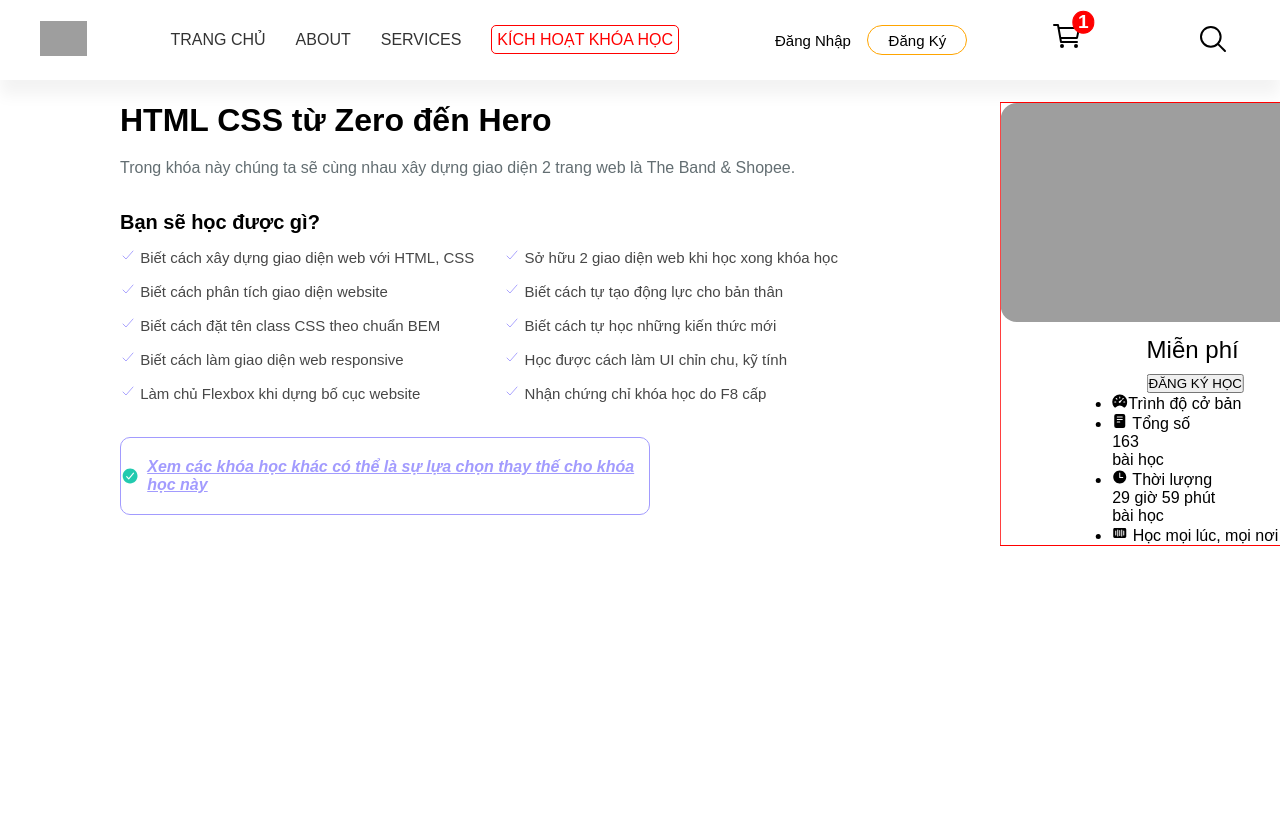
Repository: hoanghuuphuc/hoanghuuphuc
Page: details.html
These files come from the project's save history. The page is drawn as it stood at one moment and after the next save; the edit follows.
The browser window is 1280 px wide. The pictures show the whole page.
Pictures or frames that could not be fetched are drawn as grey boxes.

Above is the page before, as saved 2022-12-11 22:21:01.
Console error: TypeError: Cannot read properties of null (reading 'addEventListener')

### details.html
<!DOCTYPE html>
<html lang="en">
  <head>
    <meta charset="UTF-8" />
    <meta http-equiv="X-UA-Compatible" content="IE=edge" />
    <meta name="viewport" content="width=device-width, initial-scale=1.0" />
    <title>Product-Details</title>
    <link rel="stylesheet" href="./style.css" />
    <link rel="stylesheet" href="./rps_mobile.css" />
    <link rel="preconnect" href="https://fonts.gstatic.com" />
  </head>
  <body>
    <header>
      <div class="logo">
        <a href="">
          <img id="img" src="./Img/logene.jfif" alt="" />
        </a>
      </div>
      <div class="group">
        <ul class="navigation">
          <li><a href="">Trang Chủ</a></li>
          <li><a href="">About</a></li>
          <li><a href="">Services</a></li>
          <li><a id="active" href="">Kích Hoạt Khóa Học</a></li>
        </ul>
      </div>
      <div class="User">
        <div class="but">
          <button>Đăng Nhập</button>
          <button>Đăng Ký</button>
        </div>
      </div>
      <div class="icons">
        <ion-icon name="cart-outline"></ion-icon>
        <span>1</span>
      </div>
      <div class="search">
        <span class="icon">
          <ion-icon name="search-outline" class="searchBtn"></ion-icon>
          <ion-icon name="close-outline" class="closeBtn"></ion-icon>
        </span>
      </div>
      <ion-icon name="menu-outline" class="menuToggle"></ion-icon>
      <div class="searchBox">
        <input type="text" placeholder="Search here . . ." />
      </div>
    </header>
    <div class="details-section">
      <div class="details-left">
        <div class="details-left-name">
          <h1>HTML CSS từ Zero đến Hero</h1>
          <span
            >Trong khóa này chúng ta sẽ cùng nhau xây dựng giao diện 2 trang web
            là The Band & Shopee.</span
          >
        </div>
        <span class="bonus">Bạn sẽ học được gì?</span>
        <div class="details-left-content">
          <ul>
            <li>
              <ion-icon name="checkmark-outline"></ion-icon>
              Biết cách xây dựng giao diện web với HTML, CSS
            </li>
            <li>
              <ion-icon name="checkmark-outline"></ion-icon>
              Biết cách phân tích giao diện website
            </li>
            <li>
              <ion-icon name="checkmark-outline"></ion-icon>
              Biết cách đặt tên class CSS theo chuẩn BEM
            </li>
            <li>
              <ion-icon name="checkmark-outline"></ion-icon>
              Biết cách làm giao diện web responsive
            </li>
            <li>
              <ion-icon name="checkmark-outline"></ion-icon>
              Làm chủ Flexbox khi dựng bố cục website
            </li>
          </ul>
          <ul>
            <li>
              <ion-icon name="checkmark-outline"></ion-icon>
              Sở hữu 2 giao diện web khi học xong khóa học
            </li>
            <li>
              <ion-icon name="checkmark-outline"></ion-icon>
              Biết cách tự tạo động lực cho bản thân
            </li>
            <li>
              <ion-icon name="checkmark-outline"></ion-icon>
              Biết cách tự học những kiến thức mới
            </li>
            <li>
              <ion-icon name="checkmark-outline"></ion-icon>
              Học được cách làm UI chỉn chu, kỹ tính
            </li>
            <li>
              <ion-icon name="checkmark-outline"></ion-icon>
              Nhận chứng chỉ khóa học do F8 cấp
            </li>
          </ul>
        </div>
        <div class="details-left-tag">
          <ion-icon name="checkmark-circle"></ion-icon>
          <a href="#">
            Xem các khóa học khác có thể là sự lựa chọn thay thế cho khóa học
            này
          </a>
        </div>
      </div>
      <div class="details-right">
        <div class="details-right-video">
          <iframe
            width="389"
            height="219"
            src="https://www.youtube.com/embed/YTDHcEJs684"
            title="YouTube video player"
            frameborder="0"
            allow="accelerometer; autoplay; clipboard-write; encrypted-media; gyroscope; picture-in-picture"
            allowfullscreen></iframe>
        </div>
        <div class="details-right-content1">
          <span>Miễn phí</span>
          <button>ĐĂNG KÝ HỌC</button>
        </div>
        <div class="details-right-content2">
          <ul>
            <li>
              <ion-icon name="speedometer"></ion-icon
              ><span>Trình độ cở bản</span>
            </li>
            <li>
              <ion-icon name="reader"></ion-icon>
              <span
                >Tổng số
                <p>163</p>
                bài học</span
              >
            </li>
            <li>
              <ion-icon name="time"></ion-icon>
              <span
                ><span
                  >Thời lượng
                  <p>29 giờ 59 phút</p>
                  bài học</span
                ></span
              >
            </li>
            <li>
              <ion-icon name="barcode"></ion-icon
              ><span> Học mọi lúc, mọi nơi </span>
            </li>
          </ul>
        </div>
      </div>
    </div>

    <script src="./app.js"></script>
    <script
      type="module"
      src="https://unpkg.com/ionicons@5.5.2/dist/ionicons/ionicons.esm.js"></script>
    <script
      nomodule
      src="https://unpkg.com/ionicons@5.5.2/dist/ionicons/ionicons.js"></script>
  </body>
</html>

### style.css
* {
  margin: 0;
  padding: 0;
  box-sizing: border-box;
  font-family: "Poppins", sans-serif;
}
body {
  min-height: 100vh;
  overflow-x: hidden;
}
header {
  position: absolute;
  position: fixed;
  z-index: 100;
  top: 0;
  left: 0;
  width: 100%;
  height: 80px;
  background: #fff;
  padding: 20px 40px;
  display: flex;
  justify-content: space-between;
  align-items: center;
  box-shadow: 0px 15px 15px rgba(0, 0, 0, 0.05);
}
.logo img {
  height: 35px;
}
.group {
  display: flex;
  align-items: center;
}
header ul {
  position: relative;
  display: flex;
  gap: 30px;
}
header ul li {
  list-style: none;
}
header ul li a {
  position: relative;
  text-decoration: none;
  font-size: 1em;
  color: #333;
  text-transform: uppercase;
}
header ul li #active {
  border: 1px solid red;
  padding: 5px;
  color: red;
  border-radius: 5px;
}
header ul li a::before {
  content: "";
  position: absolute;
  bottom: -2px;
  width: 100%;
  height: 2px;
  background: #333;
  transform: scaleX(0);
  transition: transform 0.5s ease-in-out;
  transform-origin: right;
}
header ul li a:hover {
  opacity: 0.5;
}
header .User {
  display: flex;
  align-items: center;
}
header .User .but button:nth-child(1) {
  color: #000;
  font-size: 15px;
  height: 30px;
  width: 100px;
  outline: none;
  border: none;
  background: #fff;
}
header .User .but button:nth-child(2) {
  color: #000;
  font-size: 15px;
  height: 30px;
  width: 100px;
  border: 1px solid orange;
  background: #fff;
  border-radius: 15px;
}
header .User .but button:hover {
  opacity: 0.5;
}
header .icons {
  font-size: 2em;
  position: relative;
}
header .icons span {
  position: absolute;
  top: 0%;
  right: 0%;
  line-height: 5%;
  margin-bottom: 50px;
  font-size: 60%;
  color: #fff;
  border: 1px solid red;
  background: red;
  padding: 10px 5px 10px 5px;
  text-align: center;
  font-family: Arial, Helvetica, sans-serif;
  transform: translateX(50%) translateY(-40%);
  border-radius: 100%;
  font-weight: bold;
}
header .search {
  position: relative;
  display: flex;
  justify-content: center;
  align-items: center;
  font-size: 2em;
  z-index: 10;
  cursor: pointer;
}
.searchBox {
  position: absolute;
  right: -100%;
  width: 100%;
  height: 100%;
  display: flex;
  background: #fff;
  align-items: center;
  padding: 0 30px;
  transition: 0.5s ease-in-out;
}
.searchBox.active {
  right: 0;
}
.searchBox input {
  width: 100%;
  border: none;
  outline: none;
  height: 50px;
  color: #333;
  font-size: 1.25em;
  background: #fff;
  border-bottom: 1px solid rgba(0, 0, 0, 0.5);
}
.searchBtn {
  position: relative;
  left: 30px;
  top: 2.5px;
  transition: 0.5s ease-in-out;
}
.searchBtn.active {
  left: 0;
}
.closeBtn {
  opacity: 0;
  visibility: hidden;
  transition: 0.5s;
  scale: 0;
}
.closeBtn.active {
  opacity: 1;
  visibility: visible;
  transition: 0.5s;
  scale: 1;
}
.menuToggle {
  position: relative;
  display: none;
  left: 0;
}
.banner img {
  background-repeat: no-repeat;
  background-size: cover;
  margin-top: 4%;
}
.content {
  display: flex;
  flex-direction: row;
  margin-top: 50px;
  user-select: none;
  justify-content: center;
}
.content .content-1 {
  background-color: black;
  height: 2px;
  width: 200px;
}
.content .content-2 {
  font-size: 30px;
  font-family: "Segoe UI", Tahoma, Geneva, Verdana, sans-serif;
  font-weight: 600;
  padding: 10px;
  margin-top: -32px;
}
.content .content-3 {
  background-color: black;
  height: 2px;
  width: 200px;
}
.boxs {
  display: flex;
  justify-content: center;
  flex-wrap: wrap;
}
.box {
  margin-top: 10px;
  padding: 20px;
  margin: 10px;
  background: #f0f0f0;
  border-radius: 15px;
}
.box-image img {
  height: 250px;
  border-radius: 5%;
}
.box-content .box-name {
  display: flex;
  justify-content: center;
  align-items: center;
  padding: 10px;
}
.box-content .box-name span {
  font-weight: 700;
  margin-right: 5px;
  font-size: 20px;
  font-family: "Segoe UI", Tahoma, Geneva, Verdana, sans-serif;
  overflow: hidden;
  text-overflow: ellipsis;
  white-space: nowrap;
  width: 200px;
  text-align: center;
}
.box-content .box-price {
  display: flex;
  flex-direction: column;
  justify-content: center;
  padding: 5px 10px 10px 10px;
}
.box-content .box-price .price {
  padding: 0px 10px 10px 10px;
}
.price {
  overflow: hidden;
  text-overflow: ellipsis;
  white-space: nowrap;
  width: 210px;
}
.box-content .box-price .price span {
  font-size: 18px;
  font-weight: 500;
}
.box-content .box-price .price a {
  font-weight: 600;
}
.sale {
  overflow: hidden;
  text-overflow: ellipsis;
  white-space: nowrap;
  width: 210px;
}
.box-content .box-price .sale {
  padding: 0px 10px 0px 10px;
}
.box-content .box-price .sale span {
  font-size: 18px;
}
.box-content .box-price .sale a {
  font-size: 18px;
  color: red;
  font-weight: bold;
  text-decoration: none;
}
.box-btn {
  display: flex;
  justify-content: space-between;
  align-items: center;
  border-top: 1px solid #c0c0c0;
}
.box-btn button {
  padding: 5px 20px;
  font-size: 16px;
  font-weight: 500;
  font-family: "Lucida Sans", "Lucida Sans Regular", "Lucida Grande",
    "Lucida Sans Unicode", Geneva, Verdana, sans-serif;
  color: orangered;
  border: 1px solid orangered;
  border-radius: 5px;
  margin-top: 15px;
}
.box-btn button:hover {
  opacity: 0.5;
}
.box-btn ion-icon {
  font-size: 25px;
  font-weight: 500;
  color: orangered;
  margin-top: 15px;
  font-weight: 300;
}
.box-btn ion-icon:hover {
  opacity: 0.5;
}
.title {
  padding: 20px 0px 20px 150px;
}
.title span {
  font-size: 18px;
}
.tabs {
  display: flex;
  justify-content: flex-start;
  padding: 10px 150px 0px 150px;
  flex-wrap: wrap;
}
.tabs .tab-item {
  margin: 0px 0px 0px 5px;
}
.tabs .line {
  position: absolute;
  left: 0;
  bottom: 0;
  width: 0;
  height: 6px;
  border-radius: 15px;
  transition: all 0.2s ease;
}
.tab-item {
  min-width: 80px;
  padding: 5px 10px;
  font-size: 20px;
  text-align: center;
  color: #181821;
  background-color: #dee1e2;
  border-top-left-radius: 5px;
  border-top-right-radius: 5px;
  border-bottom: 5px solid transparent;
  opacity: 0.6;
  cursor: pointer;
  transition: all 0.5s ease;
  display: flex;
  justify-content: center;
  align-items: center;
  border-bottom: 2px solid #000;
}
.tab-icon {
  font-size: 24px;
  position: relative;
}
.tab-item:hover {
  opacity: 1;
  background-color: rgba(194, 53, 100, 0.05);
  border-color: rgba(194, 53, 100, 0.1);
}
.tab-item.active {
  opacity: 1;
  color: #ff4500;
  font-weight: 500;
  border-bottom: 2px solid #ff4500;
}
.tab-content {
  padding: 28px 0px 0px 150px;
}
.tab-pane {
  color: #333;
  display: none;
}
.tab-pane.active {
  display: block;
}
.tab-pane h2 {
  font-size: 24px;
  margin-bottom: 8px;
}
.boxeds {
  display: flex;
  flex-wrap: wrap;
}
.boxed {
  margin-top: 10px;
  padding: 20px;
  margin: 20px 20px 10px 0px;
  background: #f0f0f0;
  border-radius: 15px;
}
.boxed-image img {
  height: 250px;
  width: auto;
  border-radius: 10px;
  overflow: hidden;
  object-fit: cover;
}
.boxed-content .boxed-content-name {
  display: flex;
  justify-content: center;
  align-items: center;
  padding: 10px;
}
.boxed-content-name span {
  font-weight: 600;
  margin-right: 5px;
  font-size: 20px;
  font-family: "Segoe UI", Tahoma, Geneva, Verdana, sans-serif;
  overflow: hidden;
  text-overflow: ellipsis;
  white-space: nowrap;
  width: 200px;
  text-align: center;
  font-weight: 700;
}
.boxed-content-price {
  padding: 5px 10px 10px 10px;
}
.boxed-content-price1 span {
  font-size: 18px;
  font-weight: 500;
}
.boxed-content-price1 a {
  font-weight: 600;
}
.boxed-content-sale {
  padding: 10px 10px 10px 0px;
}
.boxed-content-sale span {
  font-size: 18px;
  font-weight: 500;
}
.boxed-content-sale a {
  font-weight: 600;
  color: red;
}
.boxed-content-btn {
  display: flex;
  justify-content: space-between;
  align-items: center;
  border-top: 1px solid #c0c0c0;
}
.boxed-content-btn button {
  padding: 5px 20px;
  font-size: 16px;
  font-weight: 500;
  font-family: "Lucida Sans", "Lucida Sans Regular", "Lucida Grande",
    "Lucida Sans Unicode", Geneva, Verdana, sans-serif;
  color: orangered;
  border: 1px solid orangered;
  border-radius: 5px;
  margin-top: 15px;
}
.boxed-content-btn button:hover {
  opacity: 0.5;
}
.boxed-content-btn ion-icon {
  font-size: 25px;
  font-weight: 500;
  color: orangered;
  margin-top: 15px;
  font-weight: 300;
}
.boxed-content-btn ion-icon:hover {
  opacity: 0.5;
}
footer {
  background: #181821;
  display: flex;
  justify-content: space-around;
  padding: 100px;
}
.footer-one a {
  font-size: 25px;
  padding: 5px;
  color: #fff;
  font-weight: 600;
}
.footer-one ul li {
  color: #a9b3bb;
  list-style: none;
  padding: 5px;
  font-size: 16px;
}
.footer-one span {
  font-style: italic;
}
.footer-two span {
  font-size: 25px;
  padding: 5px;
  color: #fff;
  font-weight: 600;
}
.footer-two ul li {
  color: #a9b3bb;
  list-style: none;
  padding: 5px;
  font-size: 16px;
}
.footer-three span {
  font-size: 25px;
  padding: 5px;
  color: #fff;
  font-weight: 600;
}
.footer-three ul li {
  color: #a9b3bb;
  list-style: none;
  padding: 5px;
  font-size: 16px;
}
.footers {
  display: flex;
  justify-content: space-around;
  background: #181821;
  padding: 10px;
  border-top: 2px solid #333;
  align-items: center;
}
.footers-text {
  color: #a9b3bb;
  font-size: 16px;
}
.footers-media img {
  width: auto;
  height: 40px;
  object-fit: cover;
  padding: 5px;
}
/* Css của form login */
.container {
  display: flex;
  justify-content: center;
  flex-direction: column;
  align-items: center;
  min-height: 100vh;
}
.form-login {
  border: 1px solid #999;
  padding: 50px 50px 30px 50px;
  width: 400px;
}
.form-login-input {
  margin: 15px 0;
}
.form-login-image {
  display: flex;
  justify-content: center;
  margin-bottom: 50px;
}
.form-input {
  border: 1px solid #999;
  border-radius: 4px;
  width: 100%;
  height: 50px;
  padding: 0 20px;
  transition: 0.25s ease;
  outline: none;
}
.form-input:focus {
  border-color: #ff4500;
}
.form-login-input {
  position: relative;
}
.form-label {
  position: absolute;
  top: 50%;
  transform: translateY(-50%);
  left: 21px;
  user-select: none;
  color: #999;
  pointer-events: none;
  transition: 0.25s ease;
}
.form-input:not(:placeholder-shown) + .form-label,
.form-input:focus + .form-label {
  top: 0;
  left: 11px;
  padding: 0 10px;
  display: inline-block;
  background-color: #fff;
  color: #ff4500;
  font-weight: 500;
  font-size: 14px;
}
.form-login-input .fa-regular {
  position: absolute;
  left: 90%;
  top: 18px;
  cursor: pointer;
}
.form-login-input .hidden {
  display: none;
}
.remember {
  display: flex;
  align-items: center;
}
.remember span {
  color: #999;
  margin-left: 10px;
}
.btn-login button {
  margin-top: 10px;
  width: 100%;
  padding: 8px;
  font-weight: 600;
  font-style: 20px;
  transition: 0.25s ease;
  font-family: "Segoe UI", Tahoma, Geneva, Verdana, sans-serif;
}
.btn-login button:hover {
  opacity: 0.5;
}
.or {
  display: flex;
  flex-direction: row;
  margin-top: 20px;
  user-select: none;
  justify-content: center;
}
.or-left {
  background-color: #999;
  height: 1px;
  width: 45%;
}
.or-center {
  font-family: "Segoe UI", Tahoma, Geneva, Verdana, sans-serif;
  font-weight: 600;
  padding: 10px;
  margin-top: -22px;
  color: #999;
}
.or-right {
  background-color: #999;
  height: 1px;
  width: 45%;
}
.forgot {
  padding-top: 20px;
  display: flex;
  justify-content: flex-end;
}
.forgot a {
  text-decoration: none;
  font-weight: 500;
  color: rgb(0, 149, 246);
}
.logins {
  display: grid;
  grid-template-columns: 1fr 3fr;
  align-items: center;
  padding: 0 10px;
}
.logins a {
  text-decoration: none;
}
.logins span {
  color: #333;
  padding-left: 10%;
  font-weight: 600;
  font-family: "Segoe UI", Tahoma, Geneva, Verdana, sans-serif;
}
.logins img {
  height: 30px;
  margin-left: 10px;
  transform: translateX(100%);
}
.login-facebook {
  margin-bottom: 10px;
}
.form-login-2 {
  border: 1px solid #999;
  padding: 20px 60px;
  margin-top: 10px;
}
.form-login-2 span a {
  text-decoration: none;
  font-weight: 600;
  color: rgb(0, 149, 246);
  font-family: "Segoe UI", Tahoma, Geneva, Verdana, sans-serif;
}
/* Css của trang chi tiết */
.details-section {
  margin-top: 8%;
  display: grid;
  grid-template-columns: 3fr 1fr;
  padding: 0 120px;
}
.details-left {
}
.details-left-name {
  margin-bottom: 20px;
}
.details-left-name h1 {
  margin-bottom: 20px;
}
.details-left-name span {
  font-weight: 300;
  color: #636e72;
}
.details-section .bonus {
  font-weight: 600;
  font-size: 20px;
  line-height: 50px;
}
.details-left-content {
  display: flex;
  flex-wrap: wrap;
  justify-content: flex-start;
  align-items: center;
}
.details-left-content ul li {
  list-style: none;
  margin-bottom: 15px;
  padding-left: 0;
  margin-right: 30px;
  font-size: 15px;
  color: #333;
  font-weight: 300;
  opacity: 0.9;
}
.details-left-content ul li ion-icon {
  color: #a29bfe;
  font-weight: bold;
  font-size: 16px;
}
.details-left-tag {
  margin-top: 20px;
  display: flex;
  align-items: center;
  justify-content: center;
  border: 1px solid #a29bfe;
  width: 68%;
  padding: 20px 0px;
  border-radius: 10px;
}
.details-left-tag ion-icon {
  margin-right: 8px;
  color: #22caaf;
  font-size: 20px;
}
.details-left-tag a {
  font-weight: 600;
  font-style: italic;
  color: #a29bfe;
  text-decoration: none;
  text-decoration-line: underline;
}
.details-right {
  display: flex;
  flex-direction: column;
  align-items: center;
  position: fixed;
  transform: translateX(225%);
  border: 1px solid red;
}
.details-right-video iframe {
  border-radius: 16px;
}
.details-right-content1 {
  display: flex;
  flex-direction: column;
  margin-top: 10px;
}
.details-right-content1 span {
  margin-bottom: 10px;
  font-size: 24px;
}
.details-right-content2 {
}

### app.js
let searchBtn = document.querySelector(".searchBtn");
let closeBtn = document.querySelector(".closeBtn");
let searchBox = document.querySelector(".searchBox");
let navigation = document.querySelector(".navigation");
let menuToggle = document.querySelector(".menuToggle");
let header = document.querySelector("header");
searchBtn.onclick = function () {
  searchBox.classList.add("active");
  closeBtn.classList.add("active");
  searchBtn.classList.add("active");
  menuToggle.classList.add("hide");
  header.classList.remove("open");
};
closeBtn.onclick = function () {
  searchBox.classList.remove("active");
  closeBtn.classList.remove("active");
  searchBtn.classList.remove("active");
  menuToggle.classList.remove("hide");
};
menuToggle.onclick = function () {
  header.classList.toggle("open");
  searchBox.classList.remove("active");
  closeBtn.classList.remove("active");
  searchBtn.classList.remove("active");
};
const $ = document.querySelector.bind(document);
const $$ = document.querySelectorAll.bind(document);

const tabs = $$(".tab-item");
const panes = $$(".tab-pane");

const tabActive = $(".tab-item.active");
const line = $(".tabs .line");

// SonDN fixed - Active size wrong size on first load.
// Original post: https://www.facebook.com/groups/649972919142215/?multi_permalinks=1175881616551340
requestIdleCallback(function () {
  line.style.left = tabActive.offsetLeft + "px";
  line.style.width = tabActive.offsetWidth + "px";
});

tabs.forEach((tab, index) => {
  const pane = panes[index];

  tab.onclick = function () {
    $(".tab-item.active").classList.remove("active");
    $(".tab-pane.active").classList.remove("active");

    line.style.left = this.offsetLeft + "px";
    line.style.width = this.offsetWidth + "px";

    this.classList.add("active");
    pane.classList.add("active");
  };
});
const input = document.querySelector(".form-input");
const eyeOpen = document.querySelector(".eye-open");
const eyeClose = document.querySelector(".eye-close");
eyeOpen.addEventListener("click", function () {
  eyeOpen.classList.add("hidden");
  eyeClose.classList.remove("hidden");
  input.setAttribute("type", "password");
});
eyeClose.addEventListener("click", function () {
  eyeOpen.classList.remove("hidden");
  eyeClose.classList.add("hidden");
  input.setAttribute("type", "text");
});

Loaded but not shown: css/rps_mobile.css (no copy from this time; the picture is the same without it)

After the next save:
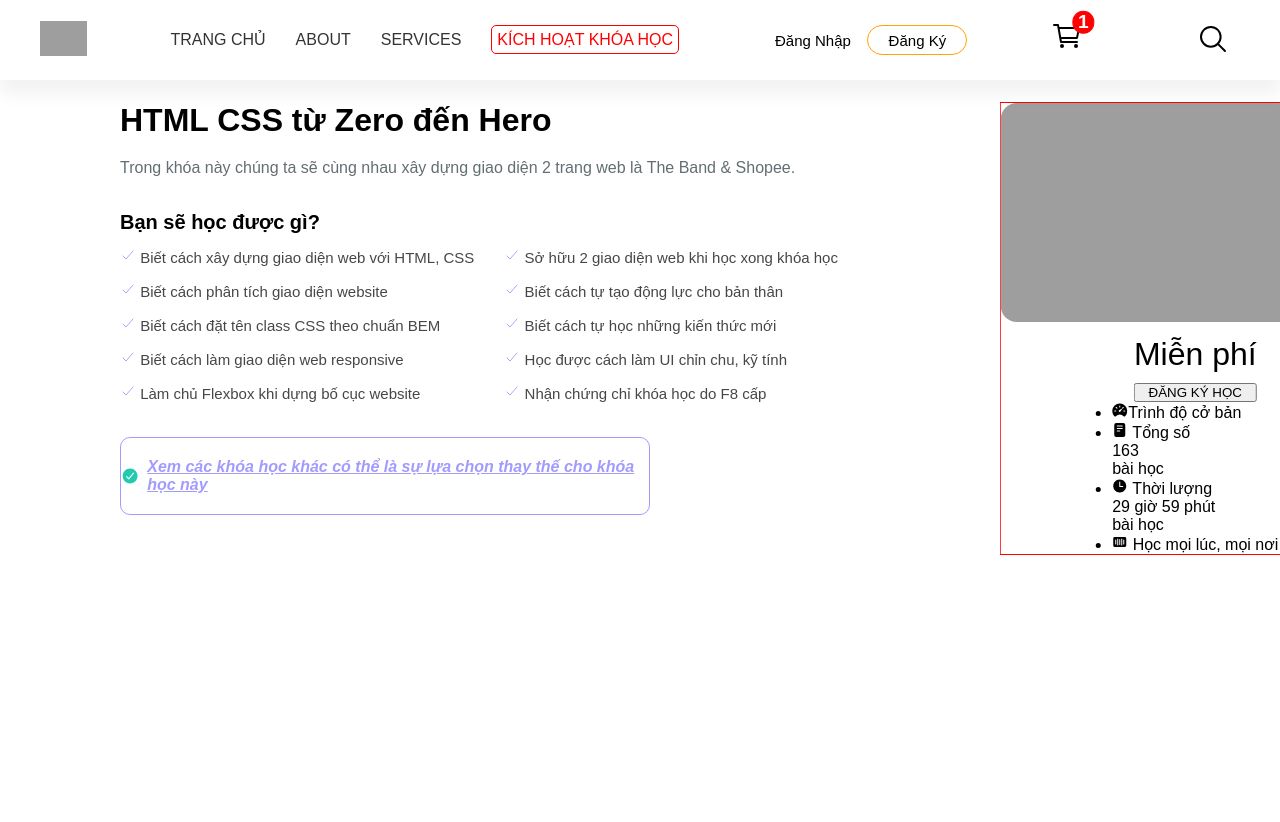
Saved 21 s later.
--- a/style.css
+++ b/style.css
@@ -762,7 +762,8 @@ footer {
 }
 .details-right-content1 span {
   margin-bottom: 10px;
-  font-size: 24px;
+  font-size: 32px;
+  user-select: none;
 }
 .details-right-content2 {
 }
